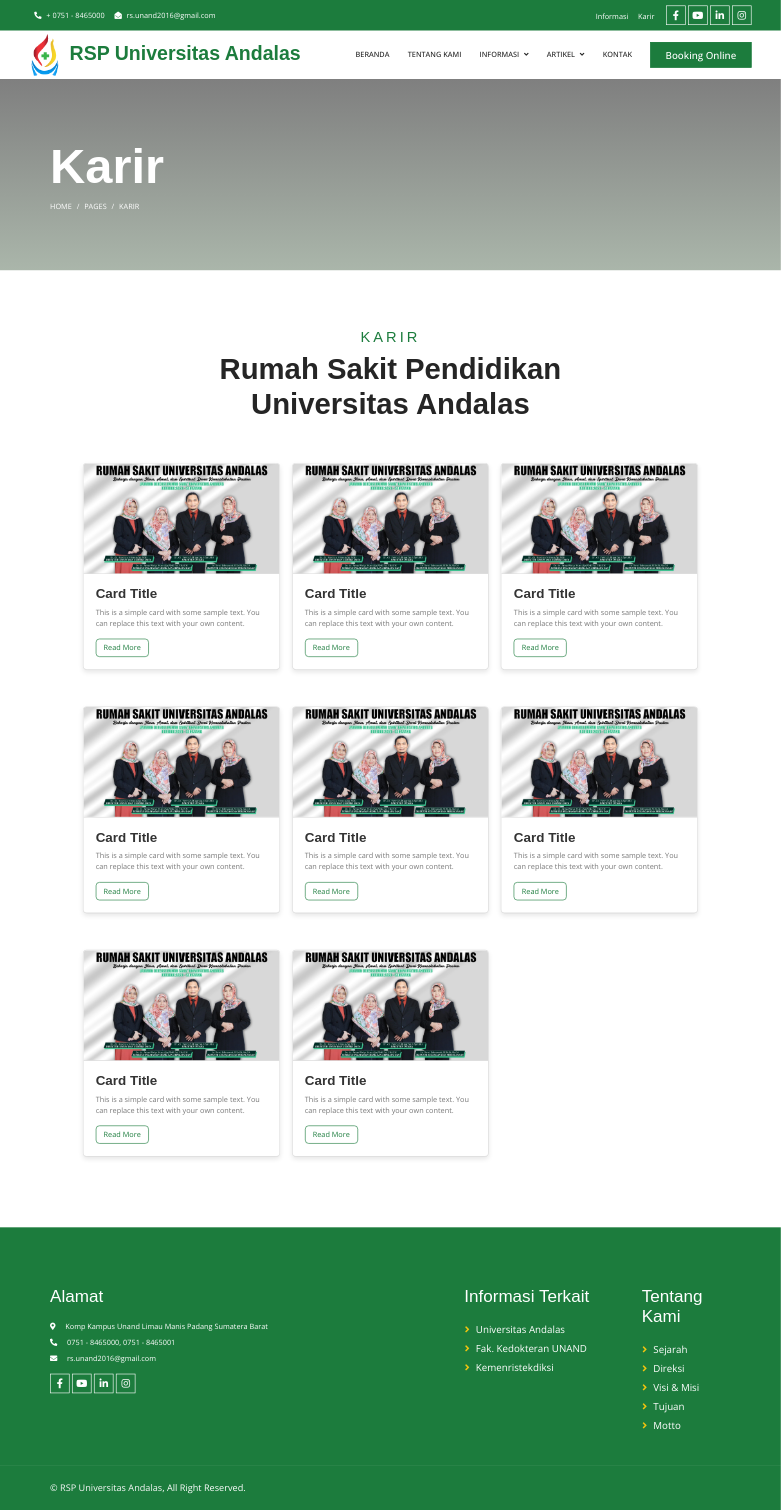
Repository: vivin-erialis/rsunand-site
Page: http://localhost/karir
The author's editor kept a copy of each file at every save. The page is drawn from the files as they stood at one save, then again after the next save.
The browser window is 1280 px wide. The pictures show the whole page, at 61% of full size.
Some web fonts or font styles are not loaded; a fallback is used. Some web libraries are served in a nearby version. The page is served by the project's Laravel application, run on PHP 8.4 with Laravel 12. Other server files are loaded and not shown.

Above is the page before, as saved 2024-06-10 09:18:29.
Console error: TypeError: Cannot read properties of undefined (reading 'version')

### routes/web.php
<?php

use App\Http\Controllers\Backend\ArtikelController as BackendArtikelController;
use App\Http\Controllers\Backend\DireksiController;
use \App\Http\Controllers\Backend\DokterController ;
use App\Http\Controllers\Backend\LayananController;
use App\Http\Controllers\Backend\LoginController;
use App\Http\Controllers\Frontend\ArtikelController;
use App\Http\Controllers\HomeController;
use App\Http\Controllers\Frontend\InformasiController;
use App\Http\Controllers\Backend\SliderController;
use App\Http\Controllers\TentangKamiController;
use Illuminate\Support\Facades\Route;

// Route::get('/', function () {
//     return view('welcome');
// });


// Login
Route::get('/login', [LoginController::class, 'index']);
Route::post('/login', [LoginController::class, 'authenticate'])->name('login');
Route::get('/logout', [LoginController::class, 'logout']);

Route::get('/get-data-home', [HomeController::class, 'getHomePage']);
Route::get('/', [HomeController::class, 'HomePage']);
// Informasi
Route::get('tentang-kami', [InformasiController::class, 'tentangKami']);
Route::get('jadwal-dokter', [InformasiController::class, 'jadwalDokter']);
Route::get('informasi-dokter', [InformasiController::class, 'informasiDokter']);
Route::get('bagian-instalasi', [InformasiController::class, 'bagianInstalasi']);
Route::get('bagian-instalasi/{id}', [InformasiController::class, 'detailBagianInstalasi']);

// Artikel
Route::get('berita', [ArtikelController::class, 'berita']);
Route::get('/berita/{id}', [ArtikelController::class, 'detailBerita']);
Route::get('/ilmiah/{id}', [ArtikelController::class, 'detailIlmiah']);
Route::get('/pendidikan-pelatihan/{id}', [ArtikelController::class, 'detailPendidikanPelatihan']);
Route::get('/penyakit-pengobatan/{id}', [ArtikelController::class, 'detailPenyakitPengobatan']);

Route::get('ilmiah', [ArtikelController::class, 'ilmiah']);
Route::get('pendidikan-pelatihan', [ArtikelController::class, 'pendidikanPelatihan']);
Route::get('penyakit-pengobatan', [ArtikelController::class, 'penyakitPengobatan']);

Route::get('kontak', [HomeController::class, 'kontak']);
Route::get('informasi', [HomeController::class, 'informasi']);
Route::get('/karir', [HomeController::class, 'karir']);

// not found
Route::fallback(function () {
    return response()->view('Frontend.page-not-found', [], 404);
});

//
Route::prefix('admin')->middleware('auth')->group(function () {
    // artikel
    Route::get('/artikel', [BackendArtikelController::class, 'indexArtikel']);
    Route::post('/artikel', [BackendArtikelController::class, 'saveDataArtikel']);
    Route::get('/artikel/{id}/edit', [BackendArtikelController::class, 'getDataforEdit']);
    Route::put('/artikel/{id}/status', [BackendArtikelController::class, 'editStatus']);
    Route::put('/artikel/{id}', [BackendArtikelController::class, 'updateDataArtikel']);
    Route::delete('/artikel/{id}', [BackendArtikelController::class, 'hapusDataArtikel']);

    // direksi
    Route::get('/direksi', [DireksiController::class, 'indexDireksi']);
    Route::post('/direksi', [DireksiController::class, 'saveDireksi']);
    Route::get('/direksi/{id}/edit', [DireksiController::class, 'getDataforEdit']);
    Route::put('/direksi/{id}/status', [DireksiController::class, 'editStatus']);
    Route::put('/direksi/{id}', [DireksiController::class, 'updateDireksi']);
    Route::delete('/direksi/{id}', [DireksiController::class, 'hapusDireksi']);

    // slider
    Route::get('/slider', [SliderController::class, 'indexSlider']);
    Route::post('/slider', [SliderController::class, 'saveSlider']);
    Route::get('/slider/{id}/edit', [SliderController::class, 'getDataforEdit']);
    Route::put('/slider/{id}/status', [SliderController::class, 'editStatus']);
    Route::put('/slider/{id}', [SliderController::class, 'updateSlider']);
    Route::delete('/slider/{id}', [SliderController::class, 'hapusSlider']);

    // dokter
    Route::get('/dokter', [DokterController::class, 'indexDokter']);
    Route::post('/dokter', [DokterController::class, 'saveDokter']);
    Route::get('/dokter/{id}/edit', [DokterController::class, 'getDataforEdit']);
    Route::put('/dokter/{id}', [DokterController::class, 'updateDokter']);
    Route::delete('/dokter/{id}', [DokterController::class, 'hapusDokter']);

    // layanan
    Route::get('/layanan', [LayananController::class, 'indexLayanan']);
    Route::post('/layanan', [LayananController::class, 'saveLayanan']);
    Route::get('/layanan/{id}/edit', [LayananController::class, 'getDataforEdit']);
    Route::put('/layanan/{id}', [LayananController::class, 'updateLayanan']);
    Route::delete('/layanan/{id}', [LayananController::class, 'hapusLayanan']);
});


// get data for index
Route::get('/get-data-artikel', [BackendArtikelController::class, 'getArtikel'])->name('getArtikel');
Route::get('/get-data-dokter', [DokterController::class, 'getDokter'])->name('getDokter');
Route::get('/get-data-direksi', [DireksiController::class, 'getDireksi'])->name('getDireksi');
Route::get('/get-data-slider', [SliderController::class, 'getSlider'])->name('getSlider');
Route::get('/get-data-layanan', [LayananController::class, 'getLayanan'])->name('getLayanan');

### app/Http/Controllers/HomeController.php
<?php

namespace App\Http\Controllers;

use App\Models\Artikel;
use App\Models\Layanan;
use App\Models\Slider;
use Illuminate\Http\Request;
use Illuminate\Support\Facades\DB;

class HomeController extends Controller
{

    public function homePage()
    {
        $artikel = Artikel::whereHas('kategori', function ($query) {
            $query->where('title', 'Berita');
        })->latest()->take(3)->get();

        $bagianInstalasi = Artikel::whereHas('kategori', function ($query) {
            $query->where('title', 'Bagian & Instalasi');
        })->latest()->take(3)->get();

        $recentPosts = Artikel::whereHas('kategori', function ($query) {
            $query->where('title', 'Berita');
        })->latest()->take(3)->get();

        $layanan = DB::table('layanans')->where('kategori_layanan', '1')->get();


        $sliderImg = Slider::where('status' , '=', '0')->get();

        return view('Frontend.home', [
            'headerStart' => 'Berita',
            'artikel' => $artikel,
            'layanan' => $layanan,
            'slider' => $sliderImg,
            'recentPosts' => $recentPosts,
            'bagianInstalasi' => $bagianInstalasi
        ]);
    }
    // public function getHomePage()
    // {
    //     $artikelBerita = Artikel::whereHas('kategori', function ($query) {
    //         $query->where('title', 'Berita');
    //     })->latest()->take(3)->get();

    //     $bagianInstalasi = Artikel::whereHas('kategori', function ($query) {
    //         $query->where('title', 'Bagian & Instalasi');
    //     })->latest()->take(3)->get();

    //     return response()->json([
    //         'headerStart' => 'Berita',
    //         'artikel' => $artikelBerita,
    //         'bagianInstalasi' => $bagianInstalasi
    //     ]);
    // }

    public function indexHomePage() {
        $artikelBerita = Artikel::whereHas('kategori', function ($query) {
            $query->where('title', 'Berita');
        })->latest()->take(3)->get();

        $bagianInstalasi = Artikel::whereHas('kategori', function ($query) {
            $query->where('title', 'Bagian & Instalasi');
        })->latest()->take(3)->get();

        return view('Frontend.home', [
            'artikelBerita' => $artikelBerita,
            'bagianInstalasi' => $bagianInstalasi
        ]);
    }
    public function kontak()
    {
        return view('Frontend.kontak', [
            'headerStart' => 'Kontak'
        ]);
    }
    public function informasi()
    {
        return view('Frontend.informasi', [
            'headerStart' => 'Informasi'
        ]);
    }

    public function karir()
    {
        return view('Frontend.karir', [
            'headerStart' => 'Karir'
        ]);
    }
}

### resources/views/Frontend/layouts/header.blade.php
<div class="container-fluid page-header py-5 mb-5 wow fadeIn" data-wow-delay="0.1s">
    <div class="container py-5">
        <h1 class="display-1 text-white animated slideInDown">{{$headerStart}}</h1>
        <nav aria-label="breadcrumb animated slideInDown">
            <ol class="breadcrumb text-uppercase mb-0">
                <li class="breadcrumb-item"><a class="text-white" href="#">Home</a></li>
                <li class="breadcrumb-item"><a class="text-white" href="#">Pages</a></li>
                <li class="breadcrumb-item text-white" aria-current="page">{{$headerStart}}</li>
            </ol>
        </nav>
    </div>
</div>

### resources/views/Frontend/layouts/topbar.blade.php
<div class="container-fluid bg-dark p-0 wow fadeIn" data-wow-delay="0.1s">
    <div class="row gx-0 d-none d-lg-flex">
        <div class="col-lg-7 px-5 text-start">
            <div class="h-100 d-inline-flex align-items-center py-3 me-3">
                <a class="text-body hp px-2" href="tel:+0123456789"><i class="fa fa-phone-alt text-white me-2"></i>+
                    0751 - 8465000</a>
                <a class="text-body email px-2" href="mailto:info@example.com"><i
                        class="fa fa-envelope-open text-white me-2"></i>rs.unand2016@gmail.com

                </a>
            </div>
        </div>
        <div class="col-lg-5 px-5 text-end">
            <div class="h-100 d-inline-flex align-items-center py-3 me-2">
                <a href="/informasi" class="text-body px-2" href="">Informasi</a>
                <a href="/karir" class="text-body px-2" href="">Karir</a>
            </div>
            <div class="h-100 d-inline-flex align-items-center">
                <a class="btn btn-sm-square btn-outline-body me-1" href="#" target="_blank"><i class="fab fa-facebook-f"></i></a>
                <a class="btn btn-sm-square btn-outline-body me-1" href="https://www.youtube.com/@rumahsakitunand4972" target="_blank"><i class="fab fa-youtube"></i></a>
                <a class="btn btn-sm-square btn-outline-body me-1" href="https://www.linkedin.com/company/rumah-sakit-pendidikan-universitas-andalas/" target="_blank"><i class="fab fa-linkedin-in"></i></a>
                <a class="btn btn-sm-square btn-outline-body me-0" href="https://www.instagram.com/rumahsakitunand/" target="_blank"><i class="fab fa-instagram"></i></a>
            </div>

        </div>
    </div>
</div>

### resources/views/Frontend/layouts/navbar.blade.php
<nav class="navbar navbar-expand-lg bg-white navbar-light sticky-top py-lg-0 px-lg-5 wow fadeIn" data-wow-delay="0.1s">
    <a href="/" class="navbar-brand ms-4 ms-lg-0">
        <h2 class="text-primary m-0"><img class="me-3" style="width: 50px" src="/../assets/img/rsunandlogo.png" alt="Icon">RSP Universitas Andalas</h2>
    </a>
    <button type="button" class="navbar-toggler me-4" data-bs-toggle="collapse" data-bs-target="#navbarCollapse">
        <span class="navbar-toggler-icon"></span>
    </button>
    <div class="collapse navbar-collapse" id="navbarCollapse">
        <div class="navbar-nav ms-auto p-4 p-lg-0">
            <a href="/" class="nav-item nav-link {{Request::is('/') ? 'active' : ''}} ">Beranda</a>
            <a href="/tentang-kami" class="nav-item nav-link  {{Request::is('tentang-kami') ? 'active' : ''}}">Tentang Kami</a>
            {{-- <a href="service.html" class="nav-item nav-link  {{Request::is('/') ? 'active' : ''}}">Services</a> --}}
            <div class="nav-item dropdown">
                <a href="#" class="nav-link dropdown-toggle" data-bs-toggle="dropdown">Informasi</a>
                <div class="dropdown-menu border-0 m-0">
                    <a href="/jadwal-doker" class="dropdown-item">Jadwal Dokter</a>
                    <a href="/informasi-dokter" class="dropdown-item">Informasi Dokter</a>
                    <a href="/kamar" class="dropdown-item">Ketersediaan Kamar</a>
                    <a href="/bagian-instalasi" class="dropdown-item">Bagian dan Instalasi</a>
                    {{-- <a href="testimonial.html" class="dropdown-item">Testimonial</a> --}}
                    {{-- <a href="404.html" class="dropdown-item">404 Page</a> --}}
                </div>
            </div>
            <div class="nav-item dropdown">
                <a href="#" class="nav-link dropdown-toggle" data-bs-toggle="dropdown">Artikel</a>
                <div class="dropdown-menu border-0 m-0">
                    <a href="/berita" class="dropdown-item">Berita</a>
                    <a href="/ilmiah" class="dropdown-item">Ilmiah</a>
                    <a href="/pendidikan-pelatihan" class="dropdown-item">Pendidikan dan Pelatihan</a>
                    <a href="/penyakit-pengobatan" class="dropdown-item">Penyakit dan Pengobatan</a>
                    {{-- <a href="testimonial.html" class="dropdown-item">Testimonial</a> --}}
                    {{-- <a href="404.html" class="dropdown-item">404 Page</a> --}}
                </div>
            </div>
            <a href="/kontak" class="nav-item nav-link  {{Request::is('kontak') ? 'active' : ''}}">Kontak</a>
        </div>
        <a href="/booking" class="btn btn-primary py-2 px-4 d-none d-lg-block">Booking Online</a>
    </div>
</nav>

### resources/views/Frontend/layouts/footer.blade.php
<div class="container-fluid bg-dark text-body footer mt-5 pt-5 px-0 wow fadeIn" data-wow-delay="0.1s">
    <div class="container py-5">
        <div class="row g-5">
            <div class="col-lg-7 col-md-6">
                <h3 class="text-light mb-4">Alamat</h3>
                <p class="mb-2"><i class="fa fa-map-marker-alt text-white me-3"></i>Komp Kampus Unand Limau Manis Padang Sumatera Barat</p>
                <p class="mb-2"><i class="fa fa-phone-alt text-white me-3"></i>0751 - 8465000, 0751 - 8465001</p>
                <p class="mb-2"><i class="fa fa-envelope text-white me-3"></i>rs.unand2016@gmail.com</p>
                <div class="d-flex pt-2">
                    <a class="btn btn-sm-square btn-outline-body me-1" href="#" target="_blank"><i class="fab fa-facebook-f"></i></a>
                    <a class="btn btn-sm-square btn-outline-body me-1" href="https://www.youtube.com/@rumahsakitunand4972" target="_blank"><i class="fab fa-youtube"></i></a>
                    <a class="btn btn-sm-square btn-outline-body me-1" href="https://www.linkedin.com/company/rumah-sakit-pendidikan-universitas-andalas/" target="_blank"><i class="fab fa-linkedin-in"></i></a>
                    <a class="btn btn-sm-square btn-outline-body me-0" href="https://www.instagram.com/rumahsakitunand/" target="_blank"><i class="fab fa-instagram"></i></a>
                </div>
            </div>
            <div class="col-lg-3 col-md-6">
                <h3 class="text-light mb-4">Informasi Terkait</h3>
                <a class="btn btn-link" href="https://www.unand.ac.id/">Universitas Andalas</a>
                <a class="btn btn-link" href="#">Fak. Kedokteran UNAND</a>
                <a class="btn btn-link" href="#">Kemenristekdiksi</a>
            </div>
            <div class="col-lg-2 col-md-6">
                <h3 class="text-light mb-4">Tentang Kami</h3>
                <a class="btn btn-link" href="/tentang-kami">Sejarah</a>
                <a class="btn btn-link" href="/tentang-kami">Direksi</a>
                <a class="btn btn-link" href="/tentang-kami">Visi & Misi</a>
                <a class="btn btn-link" href="/tentang-kami">Tujuan</a>
                <a class="btn btn-link" href="/tentang-kami">Motto</a>
            </div>

        </div>
    </div>
    <div class="container-fluid copyright">
        <div class="container">
            <div class="row">
                <div class="col-md-6 text-center text-md-start mb-3 mb-md-0">
                    &copy; <a href="#">RSP Universitas Andalas</a>, All Right Reserved.
                </div>
                {{-- <div class="col-md-6 text-center text-md-end">
                    <!--/*** This template is free as long as you keep the footer author’s credit link/attribution link/backlink. If you'd like to use the template without the footer author’s credit link/attribution link/backlink, you can purchase the Credit Removal License from "https://htmlcodex.com/credit-removal". Thank you for your support. ***/-->
                    Designed By <a href="https://htmlcodex.com">HTML Codex</a>
                    <br> Distributed By: <a class="border-bottom" href="https://themewagon.com" target="_blank">ThemeWagon</a>
                </div> --}}
            </div>
        </div>
    </div>
</div>

### resources/views/Frontend/page-not-found.blade.php
@extends('Frontend.layouts.main')
@section('title', 'Page Not Found')
@section('content')
    {{-- @include('Frontend.layouts.header') --}}
    {{-- Berita --}}
    <div class="container-xxl py-5">
        <div class="container-xxl py-5 wow fadeInUp" data-wow-delay="0.1s">
            <div class="container text-center">
                <div class="row justify-content-center">
                    <div class="col-lg-6">
                        <i class="bi bi-exclamation-triangle display-1 text-primary"></i>
                        <h1 class="display-1">404</h1>
                        <h1 class="mb-4">Page Not Found</h1>
                        <a class="btn btn-primary py-3 px-5" href="/">Go Back To Home</a>
                    </div>
                </div>
            </div>
        </div>
    </div>
@endsection

Loaded but not shown: app/Http/Controllers/Controller.php (common file); public/assets/lib/animate/animate.min.css (library); public/assets/lib/owlcarousel/assets/owl.carousel.min.css (common file); public/assets/lib/tempusdominus/css/tempusdominus-bootstrap-4.min.css (library); public/assets/css/bootstrap.min.css (library); public/assets/lib/wow/wow.min.js (library); public/assets/lib/easing/easing.min.js (common file); public/assets/lib/waypoints/waypoints.min.js (library); public/assets/lib/counterup/counterup.min.js (common file); public/assets/lib/owlcarousel/owl.carousel.min.js (library); public/assets/lib/tempusdominus/js/moment-timezone.min.js (library); public/assets/lib/tempusdominus/js/tempusdominus-bootstrap-4.min.js (library); public/assets/js/main.js (83 lines, source omitted); resources/views/Frontend/layouts/main.blade.php (468 lines, source omitted); public/assets/css/style.css (747 lines, source omitted); resources/views/Frontend/karir.blade.php (89 lines, source omitted)

After the next save:
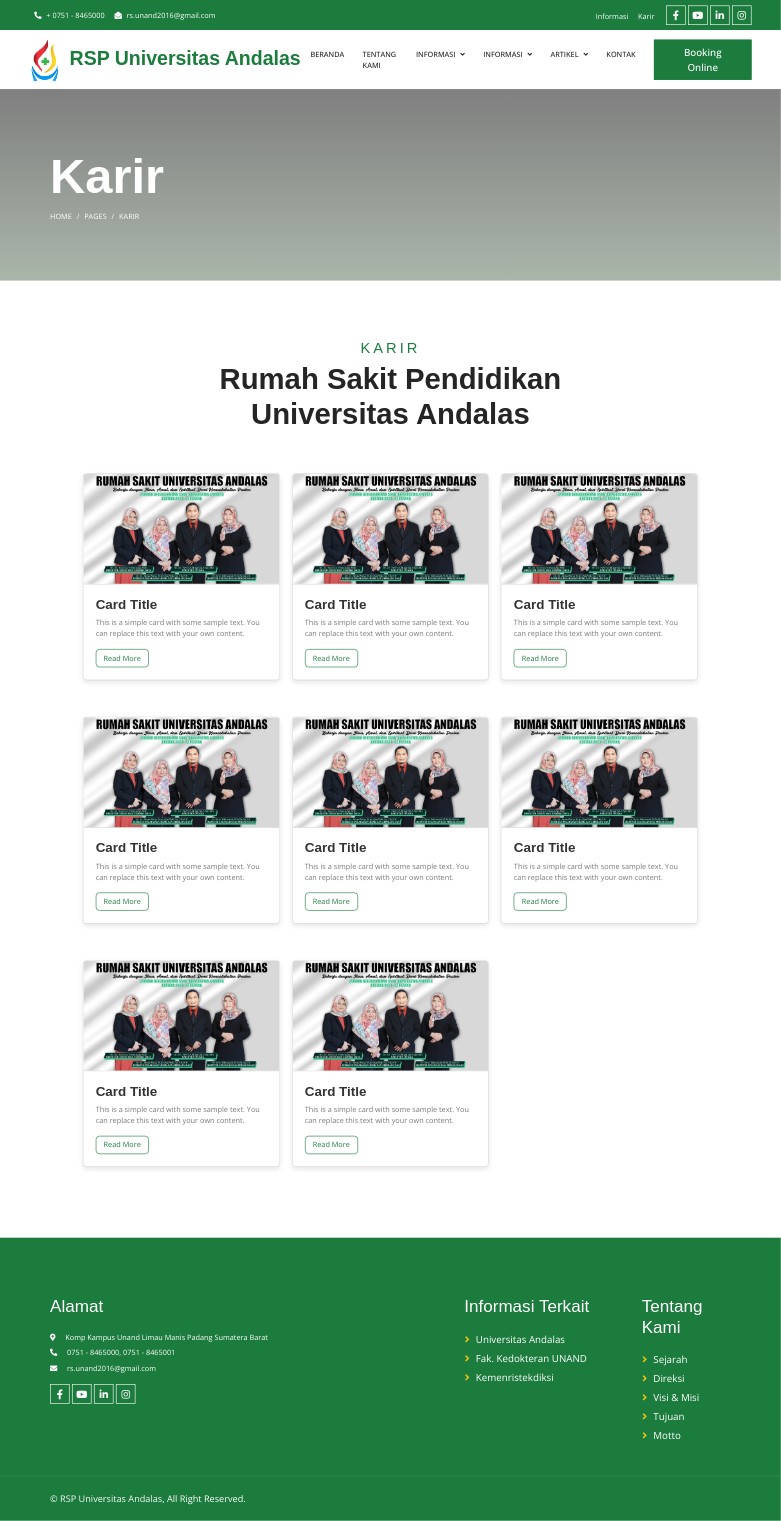
Saved 2 min 49 s later.
--- a/resources/views/Frontend/layouts/navbar.blade.php
+++ b/resources/views/Frontend/layouts/navbar.blade.php
@@ -10,6 +10,17 @@
             <a href="/" class="nav-item nav-link {{Request::is('/') ? 'active' : ''}} ">Beranda</a>
             <a href="/tentang-kami" class="nav-item nav-link  {{Request::is('tentang-kami') ? 'active' : ''}}">Tentang Kami</a>
             {{-- <a href="service.html" class="nav-item nav-link  {{Request::is('/') ? 'active' : ''}}">Services</a> --}}
+            <div class="nav-item dropdown">
+                <a href="#" class="nav-link dropdown-toggle" data-bs-toggle="dropdown">Informasi</a>
+                <div class="dropdown-menu border-0 m-0">
+                    <a href="/jadwal-doker" class="dropdown-item">Jadwal Dokter</a>
+                    <a href="/informasi-dokter" class="dropdown-item">Informasi Dokter</a>
+                    <a href="/kamar" class="dropdown-item">Ketersediaan Kamar</a>
+                    <a href="/bagian-instalasi" class="dropdown-item">Bagian dan Instalasi</a>
+                    {{-- <a href="testimonial.html" class="dropdown-item">Testimonial</a> --}}
+                    {{-- <a href="404.html" class="dropdown-item">404 Page</a> --}}
+                </div>
+            </div>
             <div class="nav-item dropdown">
                 <a href="#" class="nav-link dropdown-toggle" data-bs-toggle="dropdown">Informasi</a>
                 <div class="dropdown-menu border-0 m-0">
